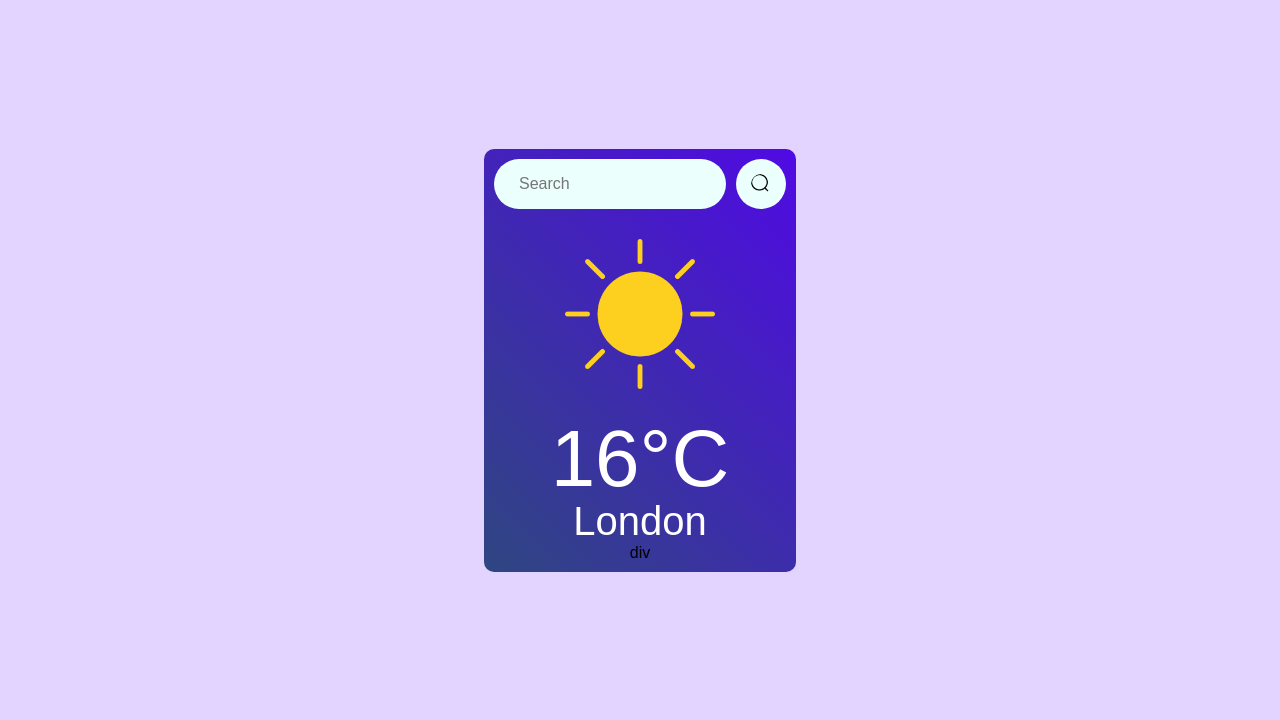
Repository: wakoya-tech/wheather-app
Page: /
These files come from the project's save history. The page is drawn as it stood at one moment and after the next save; the edit follows.
The browser window is 1280 px wide. The pictures show the whole page.
The project was rebuilt for these pictures with package versions that can differ from the ones it lists, and the page was loaded fresh each time. Also part of the build but not shown: vite.config.js, src/App.css.

Above is the page before, as saved 2025-10-18 20:17:58.

After the next save:
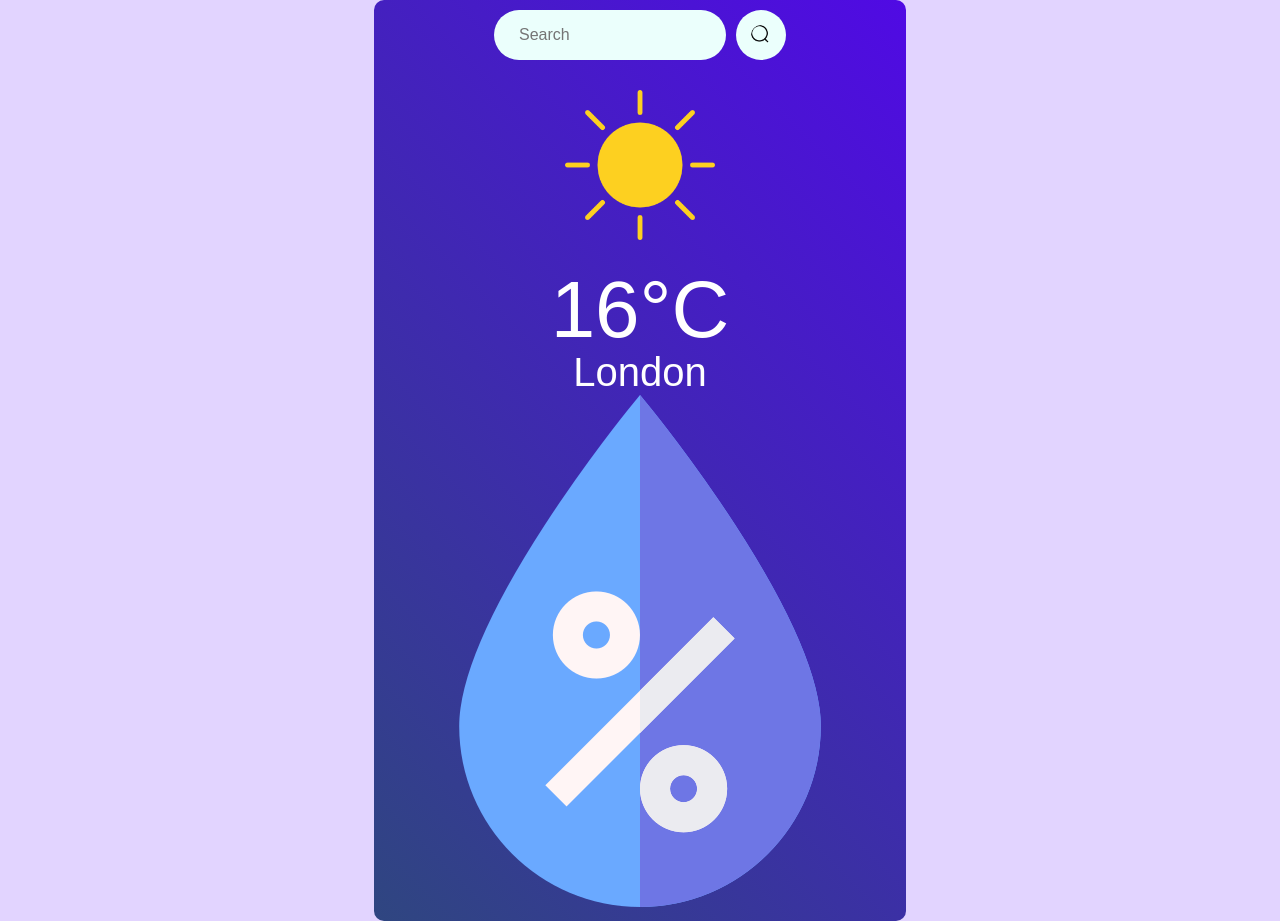
Saved 6 min 22 s later.
--- a/src/Components/Weather.jsx
+++ b/src/Components/Weather.jsx
@@ -6,8 +6,9 @@ import cloud from '../assets/Cloud.png';*/
 import clear from '../assets/Clear.png';
 /*import drizzle from '../assets/Drizzle.png';
 import snow from '../assets/Snow.png';
+*/
 import humidity from '../assets/Humidity.png';
-*/
+
 function Weather() {
   return (
     <div className='weather'>
@@ -19,7 +20,13 @@ function Weather() {
        <img src={clear} alt="" className='weather-icon'/>
         <p className='temperature'>16°C</p>
         <p className='location'>London</p>
-    div
+        <div className="weather-data">
+          <div className="col">
+            <img src={humidity} alt="" />
+          </div>
+        </div>
+    <div/>
+
     </div>
   );
 }
